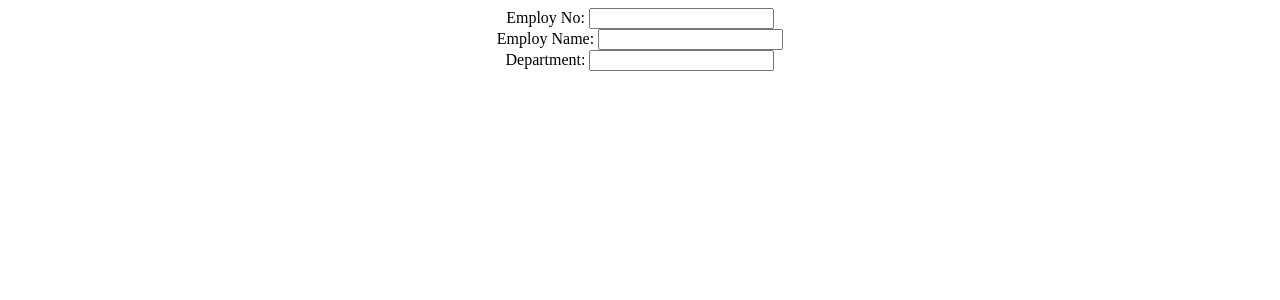
Repository: sandeshAraveti/Java-training
Page: http://localhost/jspjdbc/EmployInsert.jsp
The author's editor kept a copy of each file at every save. The page is drawn from the files as they stood at one save, then again after the next save.
The browser window is 1280 px wide. The pictures show the whole page.
The page is served by Tomcat 9. Other server files are loaded and not shown.

Above is the page before, as saved 2019-12-09 04:43:37.

### Java_HCL/Day_jdbc/jspjdbc/WebContent/EmployInsert.jsp
<%@ page language="java" contentType="text/html; charset=ISO-8859-1"
    pageEncoding="ISO-8859-1"%>
<!DOCTYPE html PUBLIC "-//W3C//DTD HTML 4.01 Transitional//EN" "http://www.w3.org/TR/html4/loose.dtd">
<html>
<head>
<meta http-equiv="Content-Type" content="text/html; charset=ISO-8859-1">
<title>Insert title here</title>
</head>
<body>
<form method="get" action="EmployInsert.jsp">
<center>
Employ No:
<input type="text" name="empno" /><br/>
Employ Name:
<input type="text" name="name"/> <br/>
Department:
<input type="text" name="dept"/><br/>








</center>





</form>

</body>
</html>

After the next save:
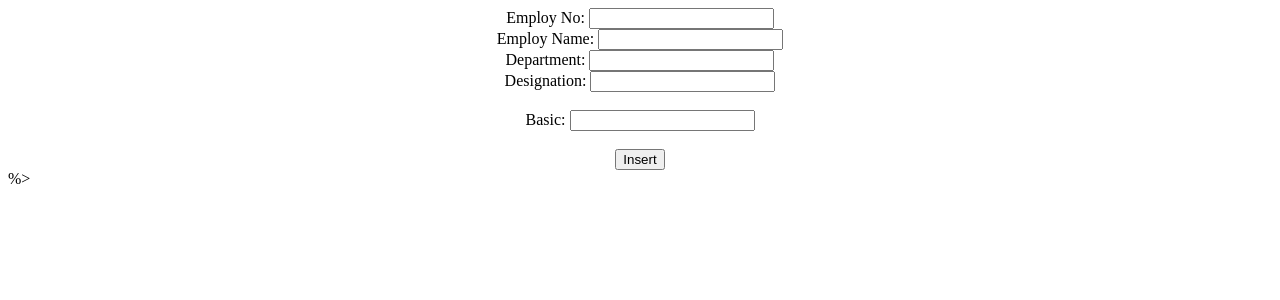
Saved 8 min 57 s later.
--- a/Java_HCL/Day_jdbc/jspjdbc/WebContent/EmployInsert.jsp
+++ b/Java_HCL/Day_jdbc/jspjdbc/WebContent/EmployInsert.jsp
@@ -1,3 +1,6 @@
+<%@page import="java.sql.PreparedStatement"%>
+<%@page import="com.hcl.jdbc.DaoConnection"%>
+<%@page import="java.sql.Connection"%>
 <%@ page language="java" contentType="text/html; charset=ISO-8859-1"
     pageEncoding="ISO-8859-1"%>
 <!DOCTYPE html PUBLIC "-//W3C//DTD HTML 4.01 Transitional//EN" "http://www.w3.org/TR/html4/loose.dtd">
@@ -14,22 +17,38 @@ Employ No:
 Employ Name:
 <input type="text" name="name"/> <br/>
 Department:
-<input type="text" name="dept"/><br/>
-
-
-
-
-
-
-
+<input type="text" name="dept"/> <br/>
+Designation:
+<input type="text" name="desig" /> <br/><br/>
+Basic:
+<input type="text" name="basic" /><br/><br/>
+<input type="submit" value="Insert" />
 
 </center>
 
+</form>
+<%
+if(request.getParameter("empno") !=null &&
+request.getParameter("basic") !=null
+	)
+{
+int empno=Integer.parseInt(request.getParameter("empno"));
+int basic=Integer.parseInt(request.getParameter("basic"));
+Connection con=DaoConnection.getConnection();
+String cmd="insert into Employ values(?,?,?,?,?)";
+PreparedStatement pst=con.prepareStatement(cmd);
+pst.setInt(1, empno);
+pst.setString(2, request.getParameter("name"));
+pst.setString(3, request.getParameter("dept"));
+pst.setString(4, request.getParameter("desig"));
+pst.setInt(5, basic);
+pst.executeUpdate();
+out.println("*** Record Inserted ***");
+}
+%>
 
 
-
-
-</form>
+%>
 
 </body>
 </html>
